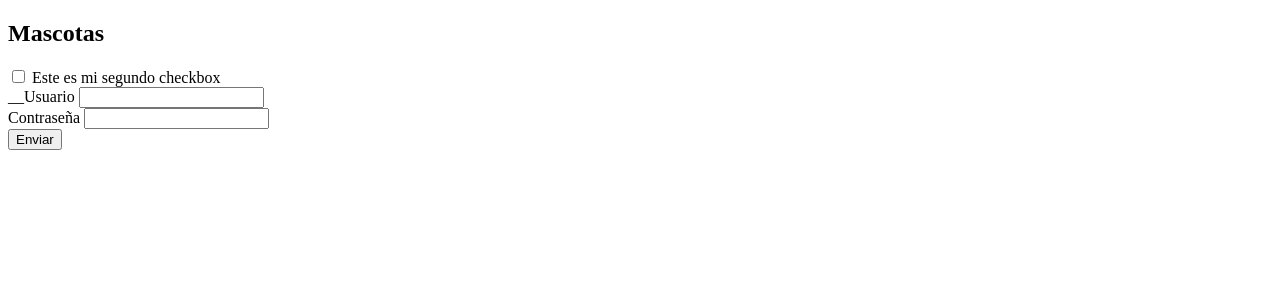
Repository: felipeverdugo/Java-y-Aplicaciones-Avanzadas-sobre-Internet
Page: work/Practica1Web40/src/main/webapp/mascotas.html
An editor plug-in stored every save of this project. The page is shown before and after the next save, followed by the edit.
The browser window is 1280 px wide. The pictures show the whole page.

Above is the page before, as saved 2024-03-20 13:43:09.

### work/Practica1Web40/src/main/webapp/mascotas.html
<!DOCTYPE html>
<html>
<head>
<meta charset="ISO-8859-1">
<title>Login</title>
</head>
<body>
    <h2>Mascotas</h2>
    <form action="Encuesta" method="post">

		<input type="checkbox" id="cbox2" value="second_checkbox" />
		<label for="cbox2">Este es mi segundo checkbox</label>
    	<br>



        <label for="nombre">__Usuario</label>
        <input type="text" id="user" name="user" required>
        <br>
        <label for="nombre">Contraseña</label>
        <input type="text" id="pass" name="pass" required>
           <br>
        <input type="submit" value="Enviar">
    </form>
</body>
</html>

After the next save:
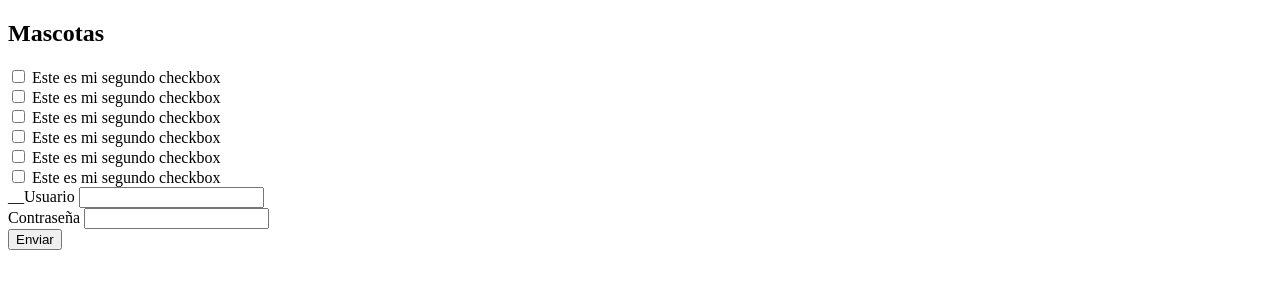
Saved 60 s later.
--- a/work/Practica1Web40/src/main/webapp/mascotas.html
+++ b/work/Practica1Web40/src/main/webapp/mascotas.html
@@ -12,6 +12,27 @@
 		<label for="cbox2">Este es mi segundo checkbox</label>
     	<br>
 
+    	<input type="checkbox" id="cbox2" value="second_checkbox" />
+		<label for="cbox2">Este es mi segundo checkbox</label>
+    	<br>
+
+    	<input type="checkbox" id="cbox2" value="second_checkbox" />
+		<label for="cbox2">Este es mi segundo checkbox</label>
+    	<br>
+
+    	<input type="checkbox" id="cbox2" value="second_checkbox" />
+		<label for="cbox2">Este es mi segundo checkbox</label>
+    	<br>
+
+    	<input type="checkbox" id="cbox2" value="second_checkbox" />
+		<label for="cbox2">Este es mi segundo checkbox</label>
+    	<br>
+
+    	<input type="checkbox" id="cbox2" value="second_checkbox" />
+		<label for="cbox2">Este es mi segundo checkbox</label>
+    	<br>
+
+
 
 
         <label for="nombre">__Usuario</label>
